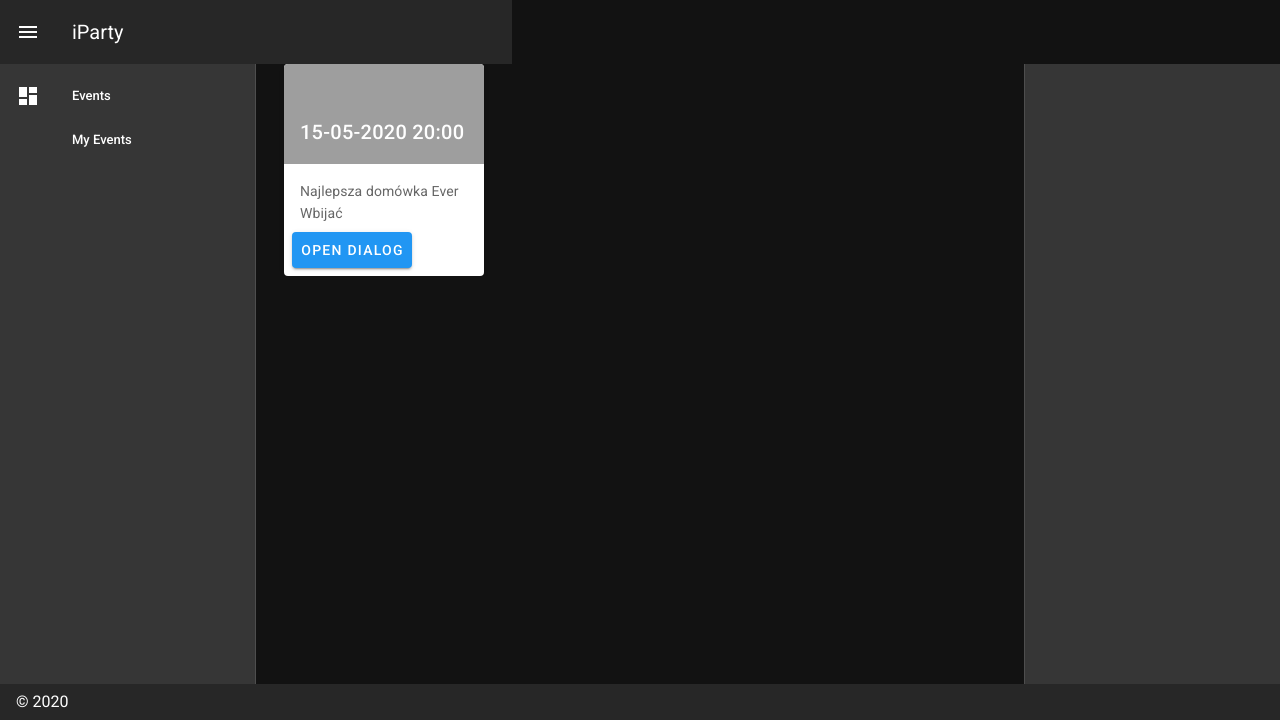
Repository: hexanek/partyapp
Page: /
The author's editor kept a copy of each file at every save. The page is drawn from the files as they stood at one save, then again after the next save.
The browser window is 1280 px wide. The pictures show the whole page.
Pictures or frames that could not be fetched are drawn as grey boxes. The project was rebuilt for these pictures with package versions that can differ from the ones it lists, and the page was loaded fresh each time. Also part of the build but not shown: vue.config.js.

Above is the page before, as saved 2020-01-25 18:11:21.

After the next save:
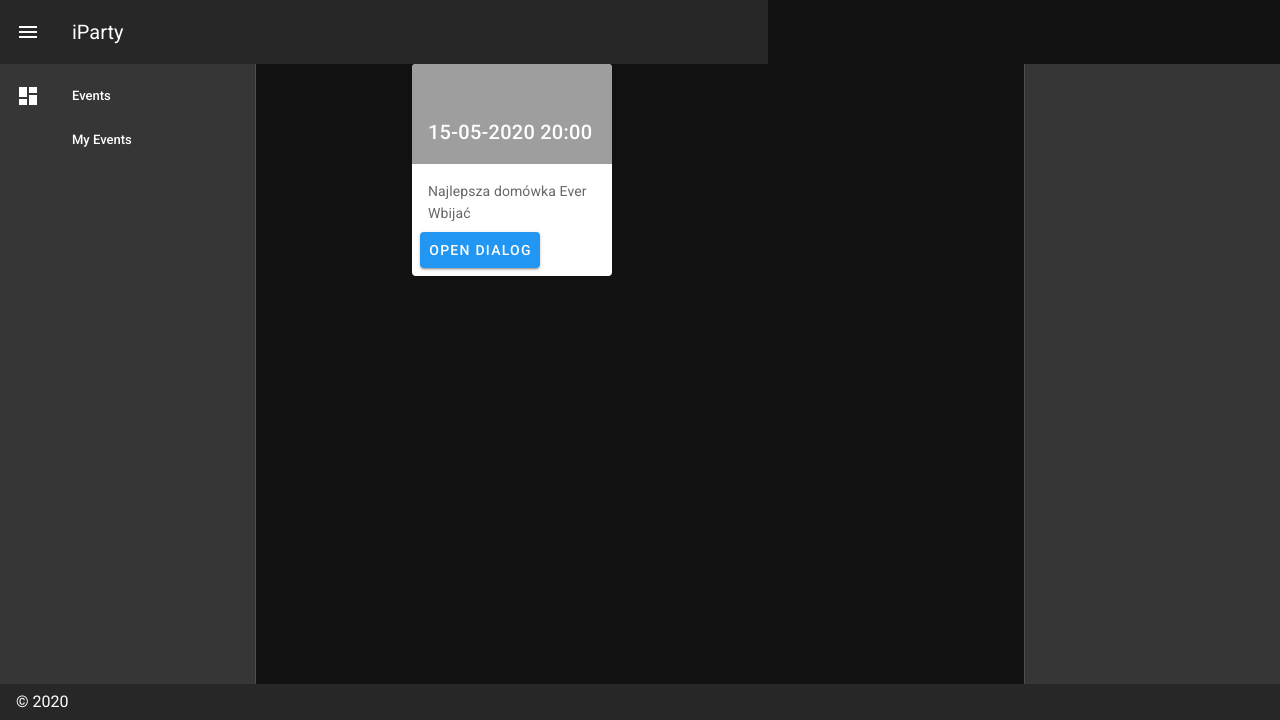
Saved 6 s later.
--- a/src/components/Gmap.vue
+++ b/src/components/Gmap.vue
@@ -28,7 +28,7 @@
       />
     </GmapMap>
        <v-navigation-drawer
-       v-if="this.detail = true"
+       v-if="this.detail"
       app
       clipped
       fixed

After the save that followed:
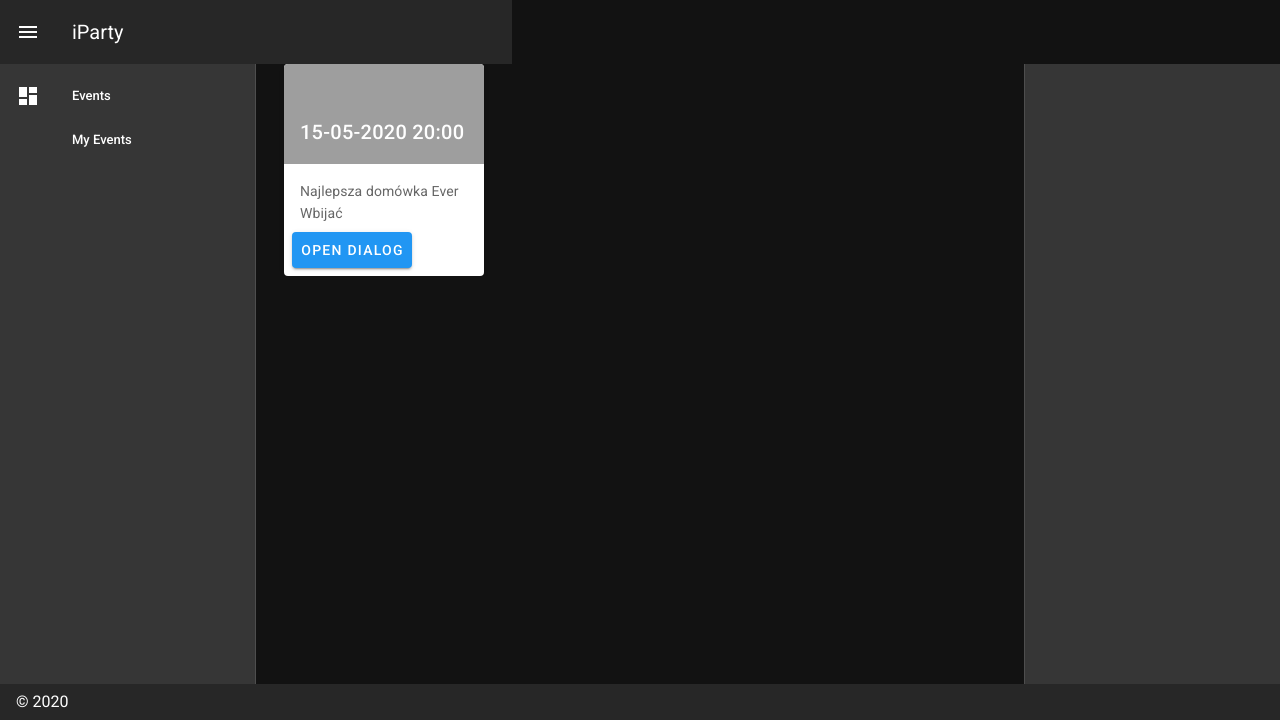
Saved 18 s later.
--- a/src/components/Gmap.vue
+++ b/src/components/Gmap.vue
@@ -28,7 +28,7 @@
       />
     </GmapMap>
        <v-navigation-drawer
-       v-if="this.detail"
+       v-if="this.detail = true"
       app
       clipped
       fixed
